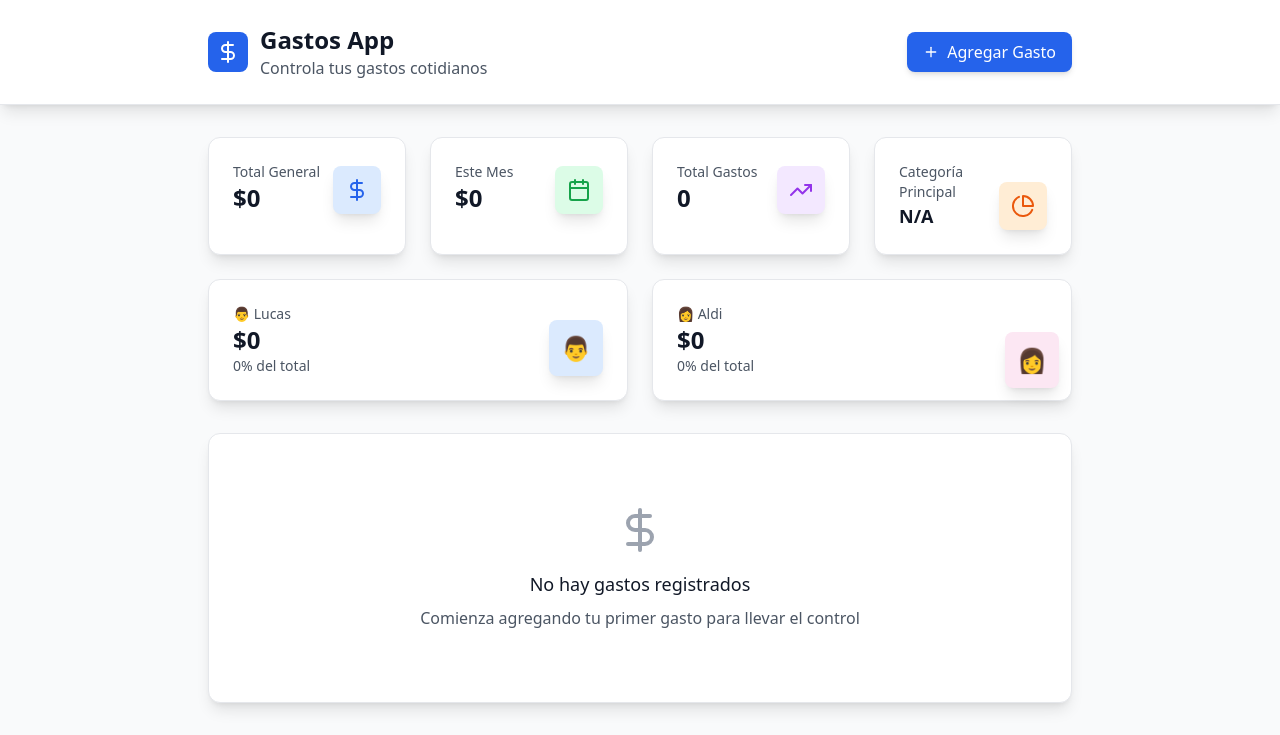
Repository: lucastenaglia/Gastosapp
Page: /
An editor plug-in stored every save of this project. The page is shown before and after the next save, followed by the edit.
The browser window is 1280 px wide. The pictures show the whole page.
The page's requests for data from a server got no answer. The project was rebuilt for these pictures with package versions that can differ from the ones it lists, and the page was loaded fresh each time. No one was signed in, and anything a server would have sent is missing. Also part of the build but not shown: vite.config.js, src/components/ExpenseForm.jsx.

Above is the page before, as saved 2025-08-03 21:35:44.

### index.html
<!DOCTYPE html>
<html lang="es">
  <head>
    <meta charset="UTF-8" />
    <link rel="icon" type="image/svg+xml" href="data:[embedded picture, 125 characters]" />
    <meta name="viewport" content="width=device-width, initial-scale=1.0" />
    <title>Gastos App - Control de Gastos Cotidianos</title>
  </head>
  <body>
    <div id="root"></div>
    <script type="module" src="/src/main.jsx"></script>
  </body>
</html>

### src/App.jsx
import { useState, useEffect } from 'react'
import Header from './components/Header'
import ExpenseForm from './components/ExpenseForm'
import ExpenseList from './components/ExpenseList'
import ExpenseSummary from './components/ExpenseSummary'
import { getExpenses, addExpense, updateExpense, deleteExpense } from './services/expenseService'

function App() {
  const [expenses, setExpenses] = useState([])
  const [isFormOpen, setIsFormOpen] = useState(false)
  const [loading, setLoading] = useState(true)
  const [error, setError] = useState(null)

  // Cargar gastos al iniciar la aplicación
  useEffect(() => {
    loadExpenses()
  }, [])

  // Cerrar modal con Escape
  useEffect(() => {
    const handleEscape = (e) => {
      if (e.key === 'Escape' && isFormOpen) {
        setIsFormOpen(false)
      }
    }

    document.addEventListener('keydown', handleEscape)
    return () => document.removeEventListener('keydown', handleEscape)
  }, [isFormOpen])

  const loadExpenses = async () => {
    try {
      setLoading(true)
      const data = await getExpenses()
      setExpenses(data)
      setError(null)
    } catch (err) {
      setError('Error al cargar los gastos')
      console.error(err)
    } finally {
      setLoading(false)
    }
  }

  const handleAddExpense = async (expense) => {
    try {
      const newExpense = await addExpense(expense)
      setExpenses([newExpense, ...expenses])
      setIsFormOpen(false)
    } catch (err) {
      setError('Error al agregar el gasto')
      console.error(err)
    }
  }

  const handleDeleteExpense = async (id) => {
    try {
      await deleteExpense(id)
      setExpenses(expenses.filter(expense => expense.id !== id))
    } catch (err) {
      setError('Error al eliminar el gasto')
      console.error(err)
    }
  }

  const handleEditExpense = async (id, updatedExpense) => {
    try {
      const updated = await updateExpense(id, updatedExpense)
      setExpenses(expenses.map(expense =>
        expense.id === id ? updated : expense
      ))
    } catch (err) {
      setError('Error al actualizar el gasto')
      console.error(err)
    }
  }

  return (
    <div className="min-h-screen bg-gray-50">
      <Header onAddExpense={() => setIsFormOpen(true)} />

      <main className="container mx-auto px-4 py-8 max-w-4xl">
        {error && (
          <div className="bg-red-100 border border-red-400 text-red-700 px-4 py-3 rounded mb-6">
            {error}
          </div>
        )}

        <ExpenseSummary expenses={expenses} />

        <div className="mt-8">
          <ExpenseList
            expenses={expenses}
            onDelete={handleDeleteExpense}
            onEdit={handleEditExpense}
            loading={loading}
          />
        </div>
      </main>

      {/* Modal Overlay */}
      {isFormOpen && (
        <div
          className="fixed inset-0 bg-black bg-opacity-50 flex items-center justify-center z-50 p-4 animate-in fade-in duration-200"
          onClick={() => setIsFormOpen(false)}
        >
          <div
            className="bg-white rounded-xl shadow-2xl max-w-md w-full mx-4 max-h-[90vh] overflow-y-auto animate-in zoom-in-95 duration-200"
            onClick={(e) => e.stopPropagation()}
          >
            <ExpenseForm
              onSubmit={handleAddExpense}
              onCancel={() => setIsFormOpen(false)}
            />
          </div>
        </div>
      )}
    </div>
  )
}

export default App

### src/index.css
@tailwind base;
@tailwind components;
@tailwind utilities;

@layer base {
  body {
    @apply bg-gray-50 text-gray-900;
  }
}

@layer components {
                .btn-primary {
                @apply bg-primary-600 hover:bg-primary-700 text-white font-medium py-2 px-4 rounded-lg transition-all duration-300 shadow-md hover:shadow-lg hover:-translate-y-0.5 transform;
              }

              .btn-secondary {
                @apply bg-gray-200 hover:bg-gray-300 text-gray-800 font-medium py-2 px-4 rounded-lg transition-all duration-300 shadow-md hover:shadow-lg hover:-translate-y-0.5 transform;
              }

                .input-field {
                @apply w-full px-3 py-2 border border-gray-300 rounded-lg focus:outline-none focus:ring-2 focus:ring-primary-500 focus:border-transparent shadow-sm focus:shadow-md transition-all duration-300;
              }

                            .card {
                @apply bg-white rounded-xl shadow-lg border border-gray-200 p-6 transform transition-all duration-300 hover:shadow-2xl hover:-translate-y-1;
              }

              .modal-enter {
                @apply opacity-0 scale-95;
              }

              .modal-enter-active {
                @apply opacity-100 scale-100 transition-all duration-200 ease-out;
              }

              .modal-exit {
                @apply opacity-100 scale-100;
              }

              .modal-exit-active {
                @apply opacity-0 scale-95 transition-all duration-200 ease-in;
              }
}

### src/components/Header.jsx
import { Plus, DollarSign } from 'lucide-react'

const Header = ({ onAddExpense }) => {
  return (
                    <header className="bg-white shadow-lg border-b border-gray-200">
      <div className="container mx-auto px-4 py-6 max-w-4xl">
        <div className="flex items-center justify-between">
          <div className="flex items-center space-x-3">
            <div className="bg-primary-600 p-2 rounded-lg">
              <DollarSign className="h-6 w-6 text-white" />
            </div>
            <div>
              <h1 className="text-2xl font-bold text-gray-900">Gastos App</h1>
              <p className="text-gray-600">Controla tus gastos cotidianos</p>
            </div>
          </div>

          <button
            onClick={onAddExpense}
            className="btn-primary flex items-center space-x-2"
          >
            <Plus className="h-4 w-4" />
            <span>Agregar Gasto</span>
          </button>
        </div>
      </div>
    </header>
  )
}

export default Header

### src/components/ExpenseList.jsx
import { useState } from 'react'
import { Trash2, Edit, Calendar, DollarSign } from 'lucide-react'

const ExpenseList = ({ expenses, onDelete, onEdit, loading }) => {
  const [editingId, setEditingId] = useState(null)
  const [editForm, setEditForm] = useState({})

  const categoryIcons = {
    comida: '🍽️',
    super: '🛒',
    auto: '🚗',
    entretenimiento: '🎮',
    salud: '💊',
    ropa: '👕',
    hogar: '🏠',
    otros: '📦'
  }

  const categoryColors = {
    comida: 'bg-orange-100 text-orange-800',
    super: 'bg-red-100 text-red-800',
    auto: 'bg-blue-100 text-blue-800',
    entretenimiento: 'bg-purple-100 text-purple-800',
    salud: 'bg-green-100 text-green-800',
    ropa: 'bg-pink-100 text-pink-800',
    hogar: 'bg-yellow-100 text-yellow-800',
    otros: 'bg-gray-100 text-gray-800'
  }

  const handleEdit = (expense) => {
    setEditingId(expense.id)
    setEditForm({
      description: expense.description,
      amount: expense.amount.toString(),
      category: expense.category,
      person: expense.person || 'lucas',
      date: expense.date
    })
  }

  const handleSaveEdit = (id) => {
    onEdit(id, {
      ...editForm,
      amount: parseFloat(editForm.amount)
    })
    setEditingId(null)
    setEditForm({})
  }

  const handleCancelEdit = () => {
    setEditingId(null)
    setEditForm({})
  }

  const formatDate = (dateString) => {
    const date = new Date(dateString)
    return date.toLocaleDateString('es-ES', {
      year: 'numeric',
      month: 'short',
      day: 'numeric'
    })
  }

  if (loading) {
    return (
      <div className="card">
        <div className="text-center py-12">
          <div className="animate-spin rounded-full h-12 w-12 border-b-2 border-primary-600 mx-auto mb-4"></div>
          <h3 className="text-lg font-medium text-gray-900 mb-2">
            Cargando gastos...
          </h3>
          <p className="text-gray-600">
            Conectando con la base de datos
          </p>
        </div>
      </div>
    )
  }

  if (expenses.length === 0) {
    return (
      <div className="card">
        <div className="text-center py-12">
          <DollarSign className="h-12 w-12 text-gray-400 mx-auto mb-4" />
          <h3 className="text-lg font-medium text-gray-900 mb-2">
            No hay gastos registrados
          </h3>
          <p className="text-gray-600">
            Comienza agregando tu primer gasto para llevar el control
          </p>
        </div>
      </div>
    )
  }

  return (
    <div className="card">
      <h2 className="text-xl font-semibold text-gray-900 mb-6">
        Historial de Gastos
      </h2>

      <div className="space-y-3">
        {expenses.map(expense => (
          <div key={expense.id} className="border border-gray-200 rounded-lg p-3 sm:p-4 bg-white shadow-md hover:shadow-xl hover:-translate-y-1 transform transition-all duration-300">
            {editingId === expense.id ? (
              <div className="space-y-3">
                <input
                  type="text"
                  value={editForm.description}
                  onChange={(e) => setEditForm({...editForm, description: e.target.value})}
                  className="input-field"
                />
                <div className="grid grid-cols-1 sm:grid-cols-2 gap-3">
                  <input
                    type="number"
                    value={editForm.amount}
                    onChange={(e) => setEditForm({...editForm, amount: e.target.value})}
                    className="input-field"
                    step="1"
                    min="0"
                  />
                  <select
                    value={editForm.category}
                    onChange={(e) => setEditForm({...editForm, category: e.target.value})}
                    className="input-field"
                  >
                    <option value="comida">🍽️ Comida</option>
                    <option value="super">🛒 Super</option>
                    <option value="auto">🚗 Auto</option>
                    <option value="entretenimiento">🎮 Entretenimiento</option>
                    <option value="salud">💊 Salud</option>
                    <option value="ropa">👕 Ropa</option>
                    <option value="hogar">🏠 Hogar</option>
                    <option value="otros">📦 Otros</option>
                  </select>
                </div>
                <div className="grid grid-cols-1 sm:grid-cols-2 gap-3">
                  <select
                    value={editForm.person}
                    onChange={(e) => setEditForm({...editForm, person: e.target.value})}
                    className="input-field"
                  >
                    <option value="lucas">👨 Lucas</option>
                    <option value="aldi">👩 Aldi</option>
                  </select>
                  <input
                    type="date"
                    value={editForm.date}
                    onChange={(e) => setEditForm({...editForm, date: e.target.value})}
                    className="input-field"
                  />
                </div>
                <div className="flex space-x-2">
                  <button
                    onClick={() => handleSaveEdit(expense.id)}
                    className="btn-primary text-sm flex-1"
                  >
                    Guardar
                  </button>
                  <button
                    onClick={handleCancelEdit}
                    className="btn-secondary text-sm flex-1"
                  >
                    Cancelar
                  </button>
                </div>
              </div>
            ) : (
              <div className="space-y-3">
                {/* Header con icono, descripción y monto */}
                <div className="flex items-start justify-between">
                  <div className="flex items-center space-x-3 flex-1 min-w-0">
                    <div className={`p-2 rounded-lg flex-shrink-0 ${categoryColors[expense.category]}`}>
                      <span className="text-lg">{categoryIcons[expense.category]}</span>
                    </div>

                    <div className="flex-1 min-w-0">
                      <h3 className="font-medium text-gray-900 truncate">
                        {expense.description}
                      </h3>
                      <div className="flex items-center space-x-2 text-sm text-gray-600 mt-1">
                        <span className="flex items-center space-x-1">
                          <Calendar className="h-3 w-3" />
                          <span className="hidden sm:inline">{formatDate(expense.date)}</span>
                          <span className="sm:hidden">{new Date(expense.date).toLocaleDateString('es-ES', { day: '2-digit', month: '2-digit' })}</span>
                        </span>
                        <span className="hidden sm:inline">•</span>
                        <span className="capitalize text-xs sm:text-sm">{expense.category}</span>
                      </div>
                    </div>
                  </div>

                  <div className="flex items-center space-x-2 flex-shrink-0">
                    <span className="text-lg font-semibold text-gray-900">
                      ${expense.amount}
                    </span>

                    <div className="flex space-x-1">
                      <button
                        onClick={() => handleEdit(expense)}
                        className="p-1 text-gray-400 hover:text-blue-600 transition-colors"
                        title="Editar"
                      >
                        <Edit className="h-4 w-4" />
                      </button>
                      <button
                        onClick={() => onDelete(expense.id)}
                        className="p-1 text-gray-400 hover:text-red-600 transition-colors"
                        title="Eliminar"
                      >
                        <Trash2 className="h-4 w-4" />
                      </button>
                    </div>
                  </div>
                </div>

                {/* Información adicional en móvil */}
                <div className="sm:hidden flex items-center justify-between text-sm text-gray-600 border-t pt-2">
                  <span className="flex items-center space-x-1">
                    <span>{expense.person === 'lucas' ? '👨' : '👩'}</span>
                    <span className="capitalize">{expense.person || 'lucas'}</span>
                  </span>
                  <span className="text-xs">
                    {new Date(expense.date).toLocaleDateString('es-ES', { year: 'numeric' })}
                  </span>
                </div>
              </div>
            )}
          </div>
        ))}
      </div>
    </div>
  )
}

export default ExpenseList

### src/components/ExpenseSummary.jsx
import { TrendingUp, Calendar, DollarSign, PieChart } from 'lucide-react'

const ExpenseSummary = ({ expenses }) => {
  const totalExpenses = expenses.reduce((sum, expense) => sum + expense.amount, 0)

  const today = new Date()
  const thisMonth = today.getMonth()
  const thisYear = today.getFullYear()

  const monthlyExpenses = expenses.filter(expense => {
    const expenseDate = new Date(expense.date)
    return expenseDate.getMonth() === thisMonth && expenseDate.getFullYear() === thisYear
  })

  const monthlyTotal = monthlyExpenses.reduce((sum, expense) => sum + expense.amount, 0)

  const categoryTotals = expenses.reduce((acc, expense) => {
    acc[expense.category] = (acc[expense.category] || 0) + expense.amount
    return acc
  }, {})

  const topCategory = Object.entries(categoryTotals).sort(([,a], [,b]) => b - a)[0]

  // Estadísticas por persona
  const personTotals = expenses.reduce((acc, expense) => {
    const person = expense.person || 'lucas'
    acc[person] = (acc[person] || 0) + expense.amount
    return acc
  }, {})

  const lucasTotal = personTotals.lucas || 0
  const aldiTotal = personTotals.aldi || 0

  const formatCurrency = (amount) => {
    return `$${Math.round(amount).toLocaleString('en-US')}`
  }

  return (
    <div className="space-y-4 sm:space-y-6">
      {/* Primera fila - Estadísticas generales */}
      <div className="grid grid-cols-2 lg:grid-cols-4 gap-3 sm:gap-6">
                 {/* Total General */}
         <div className="card relative p-4 sm:p-6">
           <div className="flex items-end justify-between">
             <div>
               <p className="text-xs sm:text-sm font-medium text-gray-600">Total General</p>
               <p className="text-lg sm:text-2xl font-bold text-gray-900">
                 {formatCurrency(totalExpenses)}
               </p>
             </div>
             <div className="bg-blue-100 p-2 sm:p-3 rounded-lg shadow-lg">
               <DollarSign className="h-4 w-4 sm:h-6 sm:w-6 text-blue-600" />
             </div>
           </div>
         </div>

                 {/* Gastos del Mes */}
         <div className="card relative p-4 sm:p-6">
           <div className="flex items-end justify-between">
             <div>
               <p className="text-xs sm:text-sm font-medium text-gray-600">Este Mes</p>
               <p className="text-lg sm:text-2xl font-bold text-gray-900">
                 {formatCurrency(monthlyTotal)}
               </p>
             </div>
             <div className="bg-green-100 p-2 sm:p-3 rounded-lg shadow-lg">
               <Calendar className="h-4 w-4 sm:h-6 sm:w-6 text-green-600" />
             </div>
           </div>
         </div>

                 {/* Total de Gastos */}
         <div className="card relative p-4 sm:p-6">
           <div className="flex items-end justify-between">
             <div>
               <p className="text-xs sm:text-sm font-medium text-gray-600">Total Gastos</p>
               <p className="text-lg sm:text-2xl font-bold text-gray-900">
                 {expenses.length}
               </p>
             </div>
             <div className="bg-purple-100 p-2 sm:p-3 rounded-lg shadow-lg">
               <TrendingUp className="h-4 w-4 sm:h-6 sm:w-6 text-purple-600" />
             </div>
           </div>
         </div>

                 {/* Categoría Principal */}
         <div className="card relative p-4 sm:p-6">
           <div className="flex items-end justify-between">
             <div>
               <p className="text-xs sm:text-sm font-medium text-gray-600">Categoría Principal</p>
               <p className="text-base sm:text-lg font-semibold text-gray-900 capitalize">
                 {topCategory ? topCategory[0] : 'N/A'}
               </p>
               {topCategory && (
                 <p className="text-xs sm:text-sm text-gray-600">
                   {formatCurrency(topCategory[1])}
                 </p>
               )}
             </div>
             <div className="bg-orange-100 p-2 sm:p-3 rounded-lg shadow-lg">
               <PieChart className="h-4 w-4 sm:h-6 sm:w-6 text-orange-600" />
             </div>
           </div>
         </div>
      </div>

      {/* Segunda fila - Estadísticas por persona */}
      <div className="grid grid-cols-1 sm:grid-cols-2 gap-3 sm:gap-6">
                 {/* Gastos de Lucas */}
         <div className="card relative p-4 sm:p-6">
           <div className="flex items-end justify-between">
             <div>
               <p className="text-xs sm:text-sm font-medium text-gray-600">👨 Lucas</p>
               <p className="text-lg sm:text-2xl font-bold text-gray-900">
                 {formatCurrency(lucasTotal)}
               </p>
               <p className="text-xs sm:text-sm text-gray-600">
                 {totalExpenses > 0 ? `${((lucasTotal / totalExpenses) * 100).toFixed(1)}%` : '0%'} del total
               </p>
             </div>
             <div className="bg-blue-100 p-2 sm:p-3 rounded-lg shadow-lg">
               <span className="text-lg sm:text-2xl">👨</span>
             </div>
           </div>
         </div>

                 {/* Gastos de Aldi */}
         <div className="card relative p-4 sm:p-6">
           <div>
             <p className="text-xs sm:text-sm font-medium text-gray-600">👩 Aldi</p>
             <p className="text-lg sm:text-2xl font-bold text-gray-900">
               {formatCurrency(aldiTotal)}
             </p>
             <p className="text-xs sm:text-sm text-gray-600">
               {totalExpenses > 0 ? `${((aldiTotal / totalExpenses) * 100).toFixed(1)}%` : '0%'} del total
             </p>
           </div>
           <div className="absolute bottom-2 right-2 sm:bottom-3 sm:right-3 bg-pink-100 p-2 sm:p-3 rounded-lg shadow-lg">
             <span className="text-lg sm:text-2xl">👩</span>
           </div>
         </div>
      </div>
    </div>
  )
}

export default ExpenseSummary

### src/lib/supabase.js
import { createClient } from '@supabase/supabase-js'

// Configuración de Supabase
const supabaseUrl = 'https://tiarifmkqcayodakifqu.supabase.co'
const supabaseAnonKey = 'eyJhbGciOiJIUzI1NiIsInR5cCI6IkpXVCJ9.eyJpc3MiOiJzdXBhYmFzZSIsInJlZiI6InRpYXJpZm1rcWNheW9kYWtpZnF1Iiwicm9sZSI6ImFub24iLCJpYXQiOjE3NTQyMzYxMzcsImV4cCI6MjA2OTgxMjEzN30.qJr6Xvo0UF5_XPq4UWidASjwgjcWPFJ8CqR6mAHSsTU'

export const supabase = createClient(supabaseUrl, supabaseAnonKey)

### tailwind.config.js
/** @type {import('tailwindcss').Config} */
export default {
  content: [
    "./index.html",
    "./src/**/*.{js,ts,jsx,tsx}",
  ],
  theme: {
    extend: {
      colors: {
        primary: {
          50: '#eff6ff',
          500: '#3b82f6',
          600: '#2563eb',
          700: '#1d4ed8',
        }
      }
    },
  },
  plugins: [],
}

Loaded but not shown: src/main.jsx (common file); src/services/expenseService.js (78 lines, source omitted)

After the next save:
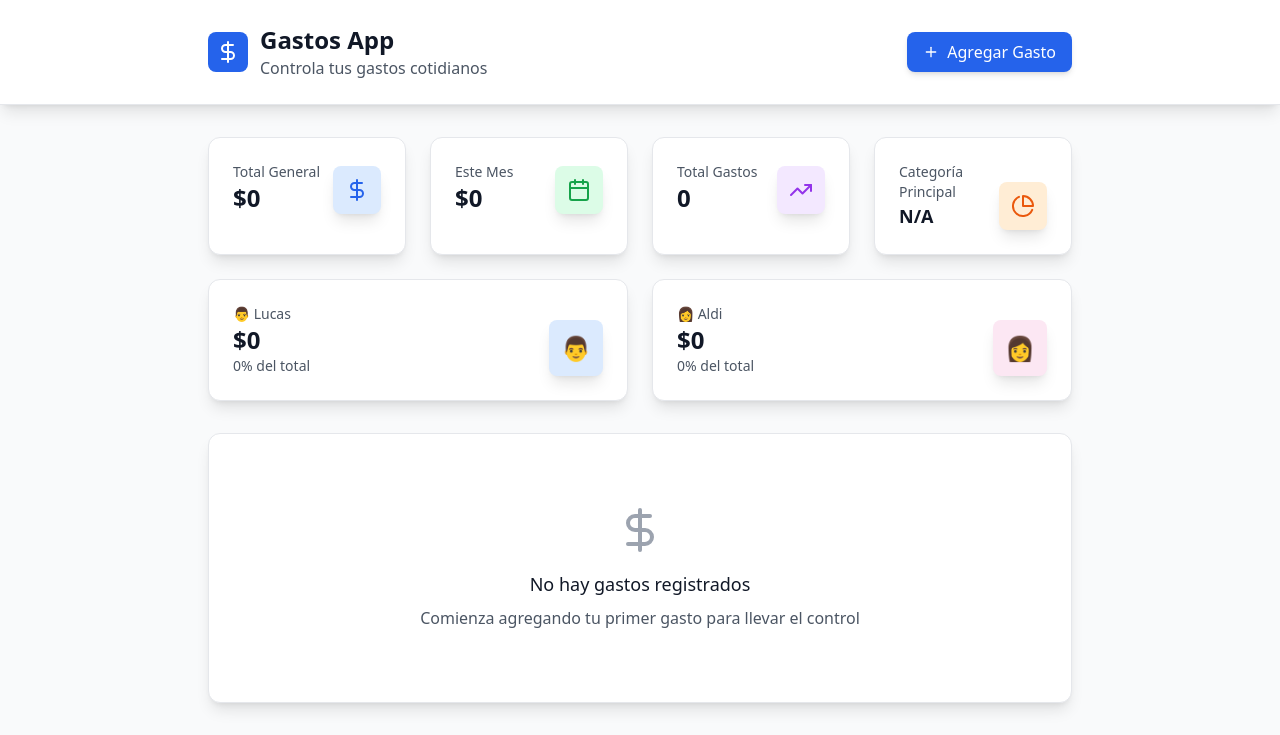
Saved 11 s later.
--- a/src/components/ExpenseSummary.jsx
+++ b/src/components/ExpenseSummary.jsx
@@ -127,17 +127,19 @@ const ExpenseSummary = ({ expenses }) => {
 
                  {/* Gastos de Aldi */}
          <div className="card relative p-4 sm:p-6">
-           <div>
-             <p className="text-xs sm:text-sm font-medium text-gray-600">👩 Aldi</p>
-             <p className="text-lg sm:text-2xl font-bold text-gray-900">
-               {formatCurrency(aldiTotal)}
-             </p>
-             <p className="text-xs sm:text-sm text-gray-600">
-               {totalExpenses > 0 ? `${((aldiTotal / totalExpenses) * 100).toFixed(1)}%` : '0%'} del total
-             </p>
-           </div>
-           <div className="absolute bottom-2 right-2 sm:bottom-3 sm:right-3 bg-pink-100 p-2 sm:p-3 rounded-lg shadow-lg">
-             <span className="text-lg sm:text-2xl">👩</span>
+           <div className="flex items-end justify-between">
+             <div>
+               <p className="text-xs sm:text-sm font-medium text-gray-600">👩 Aldi</p>
+               <p className="text-lg sm:text-2xl font-bold text-gray-900">
+                 {formatCurrency(aldiTotal)}
+               </p>
+               <p className="text-xs sm:text-sm text-gray-600">
+                 {totalExpenses > 0 ? `${((aldiTotal / totalExpenses) * 100).toFixed(1)}%` : '0%'} del total
+               </p>
+             </div>
+             <div className="bg-pink-100 p-2 sm:p-3 rounded-lg shadow-lg">
+               <span className="text-lg sm:text-2xl">👩</span>
+             </div>
            </div>
          </div>
       </div>
